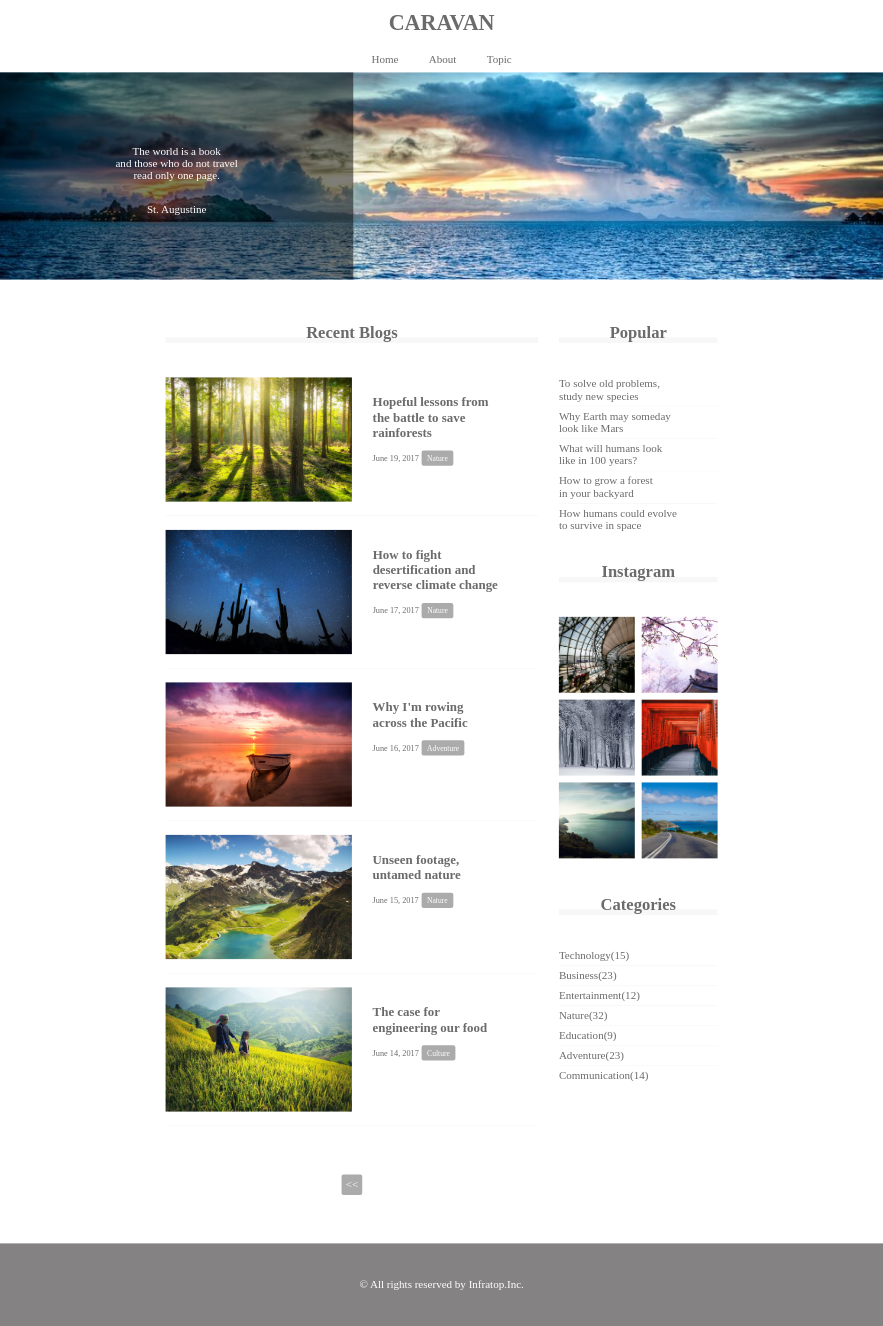
Repository: Akito33/html-css
Page: caravan/index.html
The author's editor kept a record of every edit. The page is drawn from the files as they stood at one moment, then again after the next edit.
The browser window is 1280 px wide. The pictures show the whole page, at 69% of full size.

Above is the page before.

### caravan/index.html
<!DOCTYPE html>
<html lang="ja">
  <head>
    <meta charset="UTF-8" />
    <!-- CSSファイルの読み込み -->
    <link rel="stylesheet" href="style.css" />
    <title>CARAVAN</title>
  </head>

  <body>
    <!-- header -->
    <header>
      <h1 class="heading">
        <a href="index.html">
          CARAVAN
        </a>
      </h1>
    </header>

    <!-- navigation -->
    <nav>
      <ul class="nav-list">
        <li class="nav-list-item">
          <a href="index.html">Home</a>
        </li>
        <li class="nav-list-item">About</li>
        <li class="nav-list-item">Topic</li>
      </ul>
    </nav>

    <!-- main-visual用のdiv -->
    <div class="main-visual">
      <div class="main-visual-content">
        <p class="main-visual-text">
          The world is a book<br />
          and those who do not travel<br />
          read only one page.
        </p>
        <p class="main-visual-name">
          St. Augustine
        </p>
      </div>
    </div>

    <!-- main用のdiv -->
    <main>
      <section class="blog">
        <h2 class="blog-heading">Recent Blogs</h2>
        <div class="blog-box">
          <div class="blog-item">
            <img class="blog-image" src="img/forest.jpg" />
            <section class="blog-text">
              <h3 class="blog-text-heading">
                <a href="single.html">
                  Hopeful lessons from<br />
                  the battle to save<br />
                  rainforests
                </a>
              </h3>
              <p class="blog-date">June 19, 2017</p>
              <span class="category">Nature</span>
            </section>
          </div>
          <div class="blog-item">
            <img class="blog-image" src="img/desert.jpg" />
            <section class="blog-text">
              <h3 class="blog-text-heading">
                <a href="single.html">
                  How to fight<br />
                  desertification and<br />
                  reverse climate change
                </a>
              </h3>
              <p class="blog-date">June 17, 2017</p>
              <span class="category">Nature</span>
            </section>
          </div>
          <div class="blog-item">
            <img class="blog-image" src="img/sunset.jpg" />
            <section class="blog-text">
              <h3 class="blog-text-heading">
                <a href="single.html">
                  Why I'm rowing<br />
                  across the Pacific
                </a>
              </h3>
              <p class="blog-date">June 16, 2017</p>
              <span class="category">Adventure</span>
            </section>
          </div>
          <div class="blog-item">
            <img class="blog-image" src="img/italy.jpg" />
            <section class="blog-text">
              <h3 class="blog-text-heading">
                <a href="single.html">
                  Unseen footage,<br />
                  untamed nature
                </a>
              </h3>
              <p class="blog-date">June 15, 2017</p>
              <span class="category">Nature</span>
            </section>
          </div>
          <div class="blog-item">
            <img class="blog-image" src="img/asia.jpg" />
            <section class="blog-text">
              <h3 class="blog-text-heading">
                <a href="single.html">
                  The case for<br />
                  engineering our food
                </a>
              </h3>
              <p class="blog-date">June 14, 2017</p>
              <span class="category">Culture</span>
            </section>
          </div>
        </div>
        <div class="pagination">
            <p><<</p>






        </div>








      </section>

      <div class="sidebar">
        <section class="popular">
          <h2 class="popular-heading common-heading">Popular</h2>
          <div class="sidebar-contents">
            <p class="popular-text">To solve old problems,<br>study new species</p>
            <p class="popular-text">Why Earth may someday<br>look like Mars</p>
            <p class="popular-text">What will humans look<br>like in 100 years?</p>
            <p class="popular-text">How to grow a forest<br>in your backyard</p>
            <p class="popular-text">How humans could evolve<br>to survive in space</p>
          </div>
        </section>
        <section class="instagram">
          <h2 class="instagram-heading common-heading">Instagram</h2>
          <div class="sidebar-contents">
            <div class="instagram-box"></div>
            <div class="instagram-box"></div>
            <div class="instagram-box"></div>
            <div class="instagram-box"></div>
            <div class="instagram-box"></div>
            <div class="instagram-box"></div>
          </div>
        </section>
        <section class="categories">
          <h2 class="categories-heading common-heading">Categories</h2>
          <div class="sidebar-contents">
            <p class="categories-text">Technology(15)</p>
            <p class="categories-text">Business(23)</p>
            <p class="categories-text">Entertainment(12)</p>
            <p class="categories-text">Nature(32)</p>
            <p class="categories-text">Education(9)</p>
            <p class="categories-text">Adventure(23)</p>
            <p class="categories-text">Communication(14)</p>
          </div>
        </section>
      </div>    </main>

    <!-- footer -->
    <footer>
      <p class="footer-text">© All rights reserved by Infratop.Inc.</p>
    </footer>
  </body>
</html>

### caravan/style.css
/* ブラウザがそれぞれ持っているCSSをリセットするための記述 */
* {
  margin: 0;
  padding: 0;
  box-sizing: border-box;
  color: #6c6b6b;
}

a {
  text-decoration: none;
}

header {
  width: 90%; /* 横幅90% */
  padding: 15px 0;
  margin: 0 auto;
  text-align: center;
  position: relative;
}

.social i {
  display: inline-block;
  margin-left: 20px;
}

header .heading {
  /* headerタグ内のheadingクラスにのみ反映される */
  font-size: 32px;
}

.nav-list {
  text-align: center;
  padding: 10px 0;
  margin: 0 auto;
}

.nav-list-item {
  list-style: none;
  display: inline-block;
  margin: 0 20px;
}

.main-visual {
  width: 100%; /* 横幅いっぱい */
  height: 300px; /* 高さ300px */
  background-image: url(img/mv.jpg);
  background-size: cover; /* 縦横比を維持したまま背景領域を埋め尽くす */
  background-position: center; /* 背景画像を中央に配置 */
}

.main-visual-content {
  width: 40%; /* 横幅40% */
  height: 300px; /* 親の高さに揃える */
  background-color: rgba(0, 0, 0, 0.5); /* 背景色を半透明の黒にする */
  text-align: center; /* 文字を中央揃えにする */
  padding-top: 105px; /* 上側の内側余白で垂直方向の位置を調整 */
}

.main-visual-text {
  color: #fff; /* 文字色を白に変更 */
}

.main-visual-name {
  margin-top: 30px; /* 上側の外側の余白 */
  color: #fff; /* 文字色を白に変更 */
}

main {
  width: 800px; /* 横幅800px */
  display: flex; /* Flexboxの利用 */
  justify-content: center; /* 要素の横並び・中央寄せ */
  margin: 0 auto; /* 要素の中央揃え */
  padding: 70px 0; /* 上下に70px、左右に0pxの内側余白 */
}

.blog {
  width: 540px;
  margin-right: 30px; /* 領域の右側余白 */
}

.blog-heading {
  border-bottom: 8px solid #f7f7f7;
  text-align: center;
  line-height: 0.6;
}

.blog-box {
  padding-top: 50px;
}

.blog-item {
  padding-bottom: 20px;
  margin-bottom: 20px;
  border-bottom: 1px solid #f7f7f7;
  display: flex;
  justify-content: flex-start;
}

.blog-image {
  height: 180px;
}

.blog-text {
  padding: 25px 0 0 30px;
}

.blog-text-heading {
  padding-bottom: 15px;
}

.blog-date {
  font-size: 12px;
  display: inline-block;
}

.category {
  display: inline-block;
  padding: 5px 8px;
  background-color: #acabab;
  border-radius: 3px;
  color: #fff;
  font-size: 11px;
}

.pagination{
  text-align:center;
  padding-top:50px;
}

.pagination p{
  display: inline-block;
  width: 30px;
  height: 30px;
  margin-bottom: 0 5px;
  color: #fff;
  background-color: #acabab;
  border-radius: 3px;
  line-height: 30px;


}
.sidebar {
  width: 230px;
}

.common-heading {
  border-bottom: 8px solid #f7f7f7;
  text-align: center;
  line-height: 0.6;
}

.sidebar-contents {
  padding: 50px 0;
}

.popular-text,
.categories-text {
  padding-bottom: 5px;
  border-bottom: 1px solid #f7f7f7;
  margin-bottom: 5px;
}

.popular-text:last-child,
.categories-text:last-child {
  margin: 0;
  padding: 0;
  border: none;
}

.instagram .sidebar-contents {
  display: flex;
  flex-wrap: wrap;
}

.instagram-box {
  width: 110px;
  padding-top: 110px;
  background-size: cover;
  background-position: center;
  margin-bottom: 10px;
}

.instagram-box:nth-child(odd) {
  margin: 0 10px 10px 0;
}

.instagram-box:nth-child(1) {
  background-image: url(img/airport.jpg);
}

.instagram-box:nth-child(2) {
  background-image: url(img/japan.jpg);
}

.instagram-box:nth-child(3) {
  background-image: url(img/snow.jpg);
}

.instagram-box:nth-child(4) {
  background-image: url(img/japan2.jpg);
}

.instagram-box:nth-child(5) {
  background-image: url(img/lake.jpg);
}

.instagram-box:nth-child(6) {
  background-image: url(img/road.jpg);
}
footer {
  width: 100%;
  height: 120px;
  text-align: center;
  line-height: 120px;
  background-color: #848282;
}

.footer-text {
  color: #fff;
}

After the next edit:
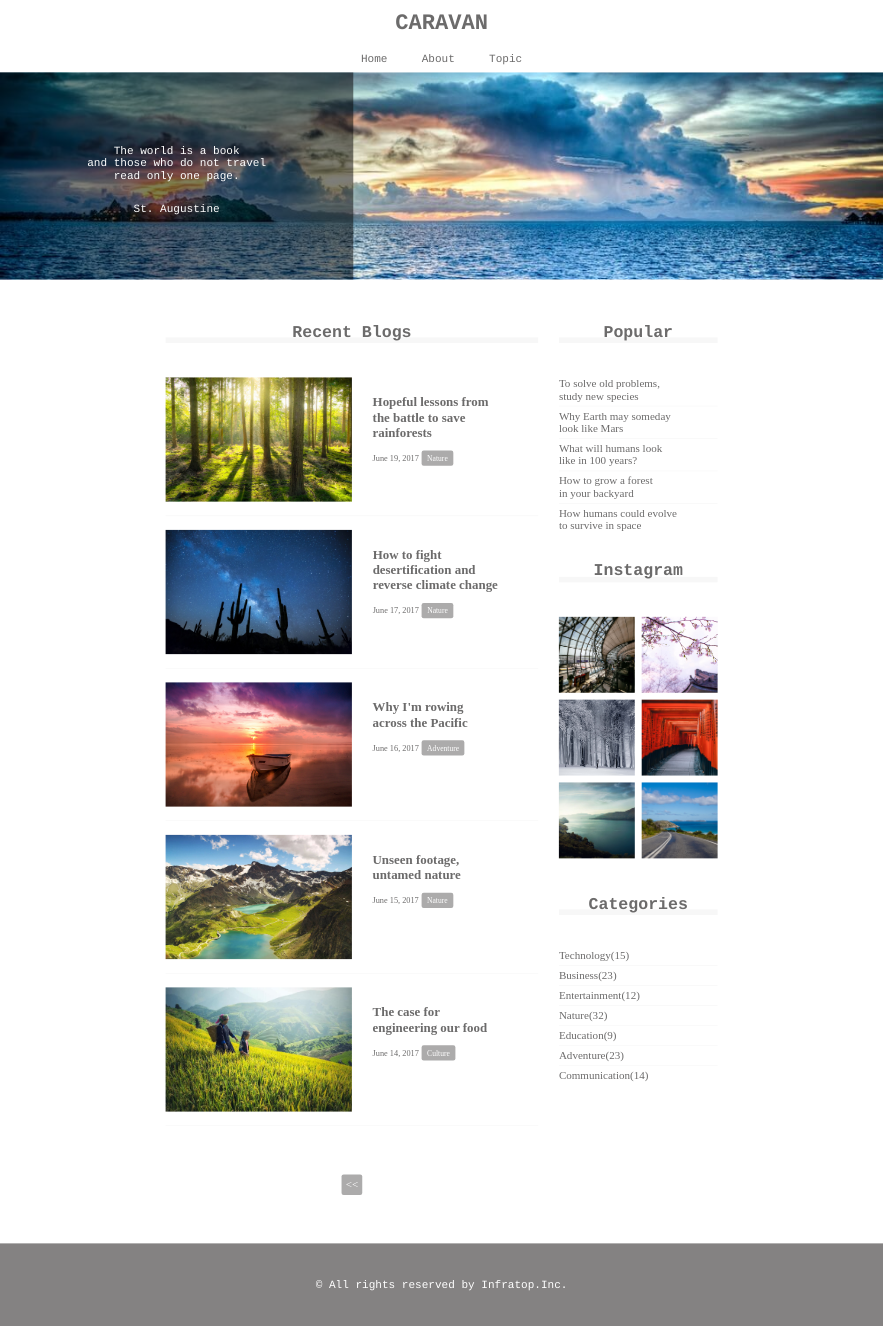
The edit:
--- a/caravan/style.css
+++ b/caravan/style.css
@@ -10,6 +10,10 @@
   text-decoration: none;
 }
 
+header, nav, h2, .main-visual, footer {
+  font-family: Chalkduster, "Bradley Hand", Courier, "Segoe Print", sans-serif;
+}
+
 header {
   width: 90%; /* 横幅90% */
   padding: 15px 0;
@@ -21,6 +25,12 @@
 .social i {
   display: inline-block;
   margin-left: 20px;
+}
+
+.social {
+  position: absolute;
+  top: 22px;
+  right: 22px;
 }
 
 header .heading {
@@ -122,44 +132,38 @@
   font-size: 11px;
 }
 
-.pagination{
-  text-align:center;
-  padding-top:50px;
-}
-
-.pagination p{
+.pagination {
+  text-align: center;
+  padding-top: 50px;
+}
+.pagination p {
   display: inline-block;
   width: 30px;
   height: 30px;
-  margin-bottom: 0 5px;
+  margin: 0 5px;
   color: #fff;
   background-color: #acabab;
   border-radius: 3px;
   line-height: 30px;
-
-
-}
+}
+
 .sidebar {
   width: 230px;
 }
-
 .common-heading {
   border-bottom: 8px solid #f7f7f7;
   text-align: center;
   line-height: 0.6;
 }
-
 .sidebar-contents {
   padding: 50px 0;
 }
-
 .popular-text,
 .categories-text {
   padding-bottom: 5px;
   border-bottom: 1px solid #f7f7f7;
   margin-bottom: 5px;
 }
-
 .popular-text:last-child,
 .categories-text:last-child {
   margin: 0;
@@ -179,34 +183,28 @@
   background-position: center;
   margin-bottom: 10px;
 }
-
 .instagram-box:nth-child(odd) {
-  margin: 0 10px 10px 0;
-}
-
+  margin-right: 10px;
+}
 .instagram-box:nth-child(1) {
   background-image: url(img/airport.jpg);
 }
-
 .instagram-box:nth-child(2) {
   background-image: url(img/japan.jpg);
 }
-
 .instagram-box:nth-child(3) {
   background-image: url(img/snow.jpg);
 }
-
 .instagram-box:nth-child(4) {
   background-image: url(img/japan2.jpg);
 }
-
 .instagram-box:nth-child(5) {
   background-image: url(img/lake.jpg);
 }
-
 .instagram-box:nth-child(6) {
   background-image: url(img/road.jpg);
 }
+
 footer {
   width: 100%;
   height: 120px;
